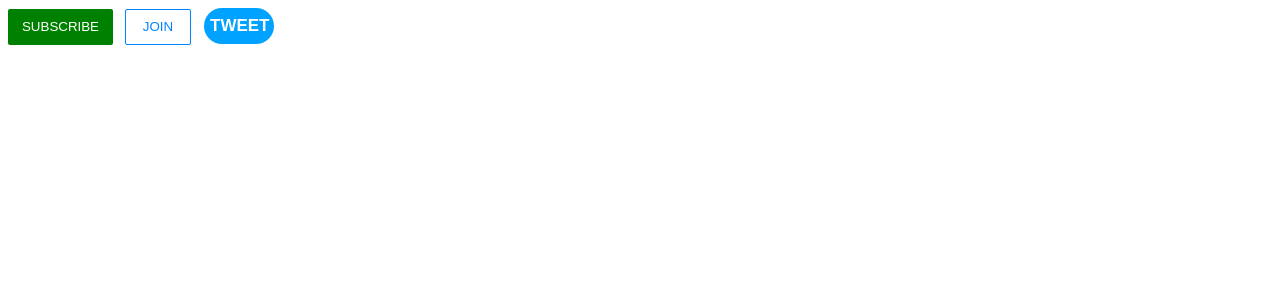
Repository: RagulRanjeeth/Frontend
Page: buttons.html
An editor plug-in stored every save of this project. The page is shown before and after the next save, followed by the edit.
The browser window is 1280 px wide. The pictures show the whole page.
The pointer rests on the first visible `.subscrbeButton`.

Above is the page before, as saved 2026-01-19 14:19:32.

### buttons.html
<style>
    .subscrbeButton
    {
        background-color: rgb(201, 1, 1);
        color:white;
        border:none;
        height: 36px;
        width:105px;
        border-radius: 2px;
        cursor: pointer;
        margin-right: 8px;
    }

    .subscrbeButton:hover{
        background-color: green;
    }

    .subscrbeButton:active{
        background-color:blue;
    }

    .join{
        background-color: white;
        color:rgb(0, 132, 255);
        border-color:rgb(0, 132, 255);
        border-style:solid;
        border-width: 1px;
        height: 36px;
        width:66px;
        border-radius: 2px;
        cursor: pointer;
        margin-right: 1px;
    }

    .tweet{
        background-color: rgb(0, 162, 255);
        color: white;
        border:none;
        height: 36px;
        width: 70px;
        border-radius: 19px;
        font-weight: bold;
        font-size: 17px;
        margin-left: 8px;
        cursor: pointer;
    }
</style>

<button class="subscrbeButton">SUBSCRIBE</button>

<button class="join">JOIN</button>

<button class="tweet">TWEET</button>

After the next save:
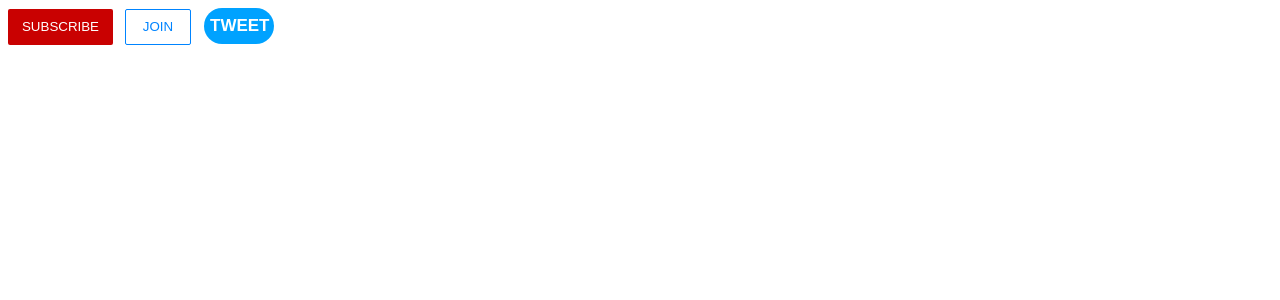
Saved 4 min 31 s later.
--- a/buttons.html
+++ b/buttons.html
@@ -12,7 +12,7 @@
     }
 
     .subscrbeButton:hover{
-        background-color: green;
+        opacity: 1;
     }
 
     .subscrbeButton:active{
